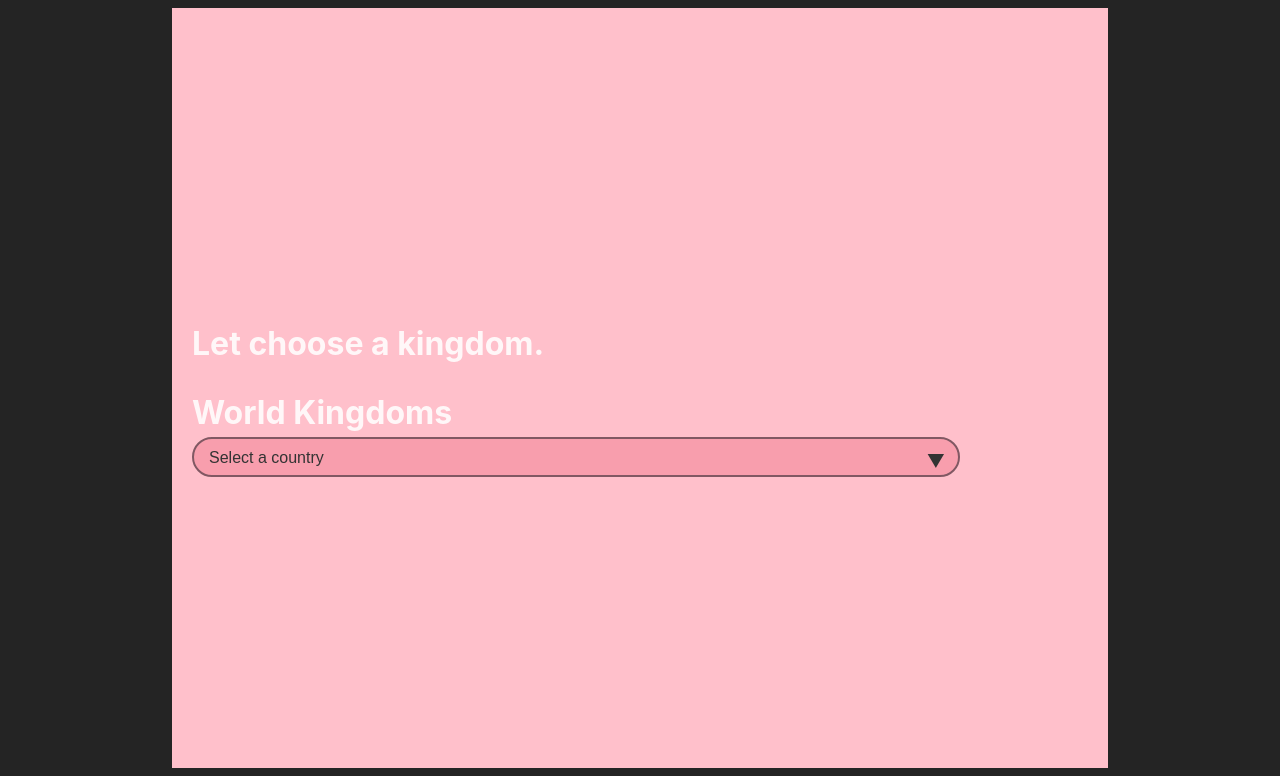
Repository: MonicaNguyenH/Lab-7_Frontend
Page: /countries
The author's editor kept a copy of each file at every save. The page is drawn from the files as they stood at one save, then again after the next save.
The browser window is 1280 px wide. The pictures show the whole page.
The page's requests for data from a server got no answer. The project was rebuilt for these pictures with package versions that can differ from the ones it lists, and the page was loaded fresh each time. No one was signed in, and anything a server would have sent is missing. Also part of the build but not shown: vite.config.js, src/Details.jsx.

Above is the page before, as saved 2024-11-23 18:49:47.

### src/main.jsx
import React from 'react';
import ReactDOM from 'react-dom/client';
import App from './App';
import './index.css'; // Import your global CSS styles

ReactDOM.createRoot(document.getElementById('root')).render(
  <React.StrictMode>
    <App />
  </React.StrictMode>
);

### src/App.jsx
import { BrowserRouter as Router, Routes, Route } from 'react-router-dom';
import Countries from './Contries';
import Details from './Details';

export default function App() {
  return (
    <div className="container">
      <Router>
      <Routes>
        <Route
          path="/"
          element={
            <div className="contentBox">
              <h1>Welcome!</h1>
              <Countries />
            </div>
          }
        />
        <Route
          path="/countries"
          element={
            <div className="contentBox">
              <h1>Let choose a kingdom.</h1>
              <Countries />
            </div>
          }
        />
        <Route path="countries/:cca2" element={<Details />} />
      </Routes>
    </Router>
  </div>
  );
}

### src/index.css
:root {
  font-family: Inter, system-ui, Avenir, Helvetica, Arial, sans-serif;
  line-height: 1.5;
  font-weight: 400;

  color-scheme: light dark;
  color: rgba(255, 255, 255, 0.87);
  background-color: #242424;

  font-synthesis: none;
  text-rendering: optimizeLegibility;
  -webkit-font-smoothing: antialiased;
  -moz-osx-font-smoothing: grayscale;
}

h1 {
  margin-bottom: 0;
  padding-bottom: 0;
}

.contentBox {
  display: flex;
  flex-direction: column;
  align-content: flex-start;
  align-items: flex-start;
  justify-content: center;
  position: absolute;
  top: 20
}

.container {
  width: 70vw;
  min-height: 100vh;
  margin: auto;
  background-color: pink;
  display: flex;
  justify-content: center;
  flex-direction: column;
  align-content: flex-start;
  align-items: flex-start;
  align-self: start;
  padding: 20px;
}

.box,
.info {
  display: flex;
  justify-content: center;
  flex-direction: column;
  position: relative; /* To position the custom arrow inside the select */
  width: 60vw; /* Matches the width of the select */
  margin: auto;
  align-content: flex-start;
  align-items: flex-start;
  align-self: start;
}

select {
  appearance: none; /* Remove default dropdown arrow */
  -webkit-appearance: none; /* Safari support */
  -moz-appearance: none; /* Firefox support */
  background-color: rgb(248, 158, 173); /* Background color */
  border: 2px solid #815863; /* Border color */
  border-radius: 20px; /* Rounded corners */
  padding: 5px; /* Padding inside the dropdown */
  font-size: 16px; /* Font size */
  color: #333; /* Font color */
  width: 60vw; /* Width of the dropdown */
  height: 40px;
  cursor: pointer; /* Change cursor to pointer */
  margin: auto;
  align-items: center;
  padding-left: 15px;
}

.box::after {
  content: "▼"; /* Custom dropdown arrow */
  position: absolute;
  right: 15px; /* Position arrow to the right */
  top: 85%; /* Center vertically */
  transform: translateY(-50%); /* Adjust for perfect centering */
  pointer-events: none; /* Make sure the arrow does not block clicks */
  color: #333; /* Arrow color */
  font-size: 18px; /* Adjust arrow size */
}

select:focus {
  outline: none; /* Remove default focus outline */
  border-color: #b03866; /* Focus border color */
  box-shadow: 0 0 5px rgba(0, 123, 255, 0.5); /* Optional focus shadow */
}

option {
  font-size: 16px;
}

### src/Contries.jsx
import { useState, useEffect } from "react";
import { useNavigate, Outlet } from "react-router-dom";

export default function Countries() {
  const [countries, setCountries] = useState([]);
  const [selectedCountry, setSelectedCountry] = useState("");
  const navigate = useNavigate();

  useEffect(() => {
    fetch("https://restcountries.com/v3.1/name/kingdom")
      .then((response) => {
        if (!response.ok) {
          throw new Error("Network response was not ok");
        }
        return response.json();
      })
      .then((data) => setCountries(data))
      .catch((error) => console.error("Error fetching countries:", error));
  }, []);

  const handleCountrySelect = (e) => {
    const value = e.target.value;

    // Handle navigation based on selection
    if (value === "") {
      navigate("/countries"); // Navigate to /countries page
    } else {
      const selected = countries.find((country) => country.cca2 === value);
      if (selected) {
        setSelectedCountry(selected);
        navigate(`/countries/${selected.cca2}`, { state: { data: selected } });
      }
    }
  };

  return (
    <div className="box">
      <h1 className="title">World Kingdoms</h1>
      <select onChange={handleCountrySelect} value={selectedCountry?.cca2 || ""}>
        {/* Default option to navigate to /countries */}
        <option value="">Select a country</option>
        {/* Dynamically populate dropdown with country data */}
        {countries.map((country) => (
          <option key={country.cca2} value={country.cca2}>
            {country.name.common}
          </option>
        ))}
      </select>
      <Outlet />
    </div>
  );
}

Loaded but not shown: index.html (common file)

After the next save:
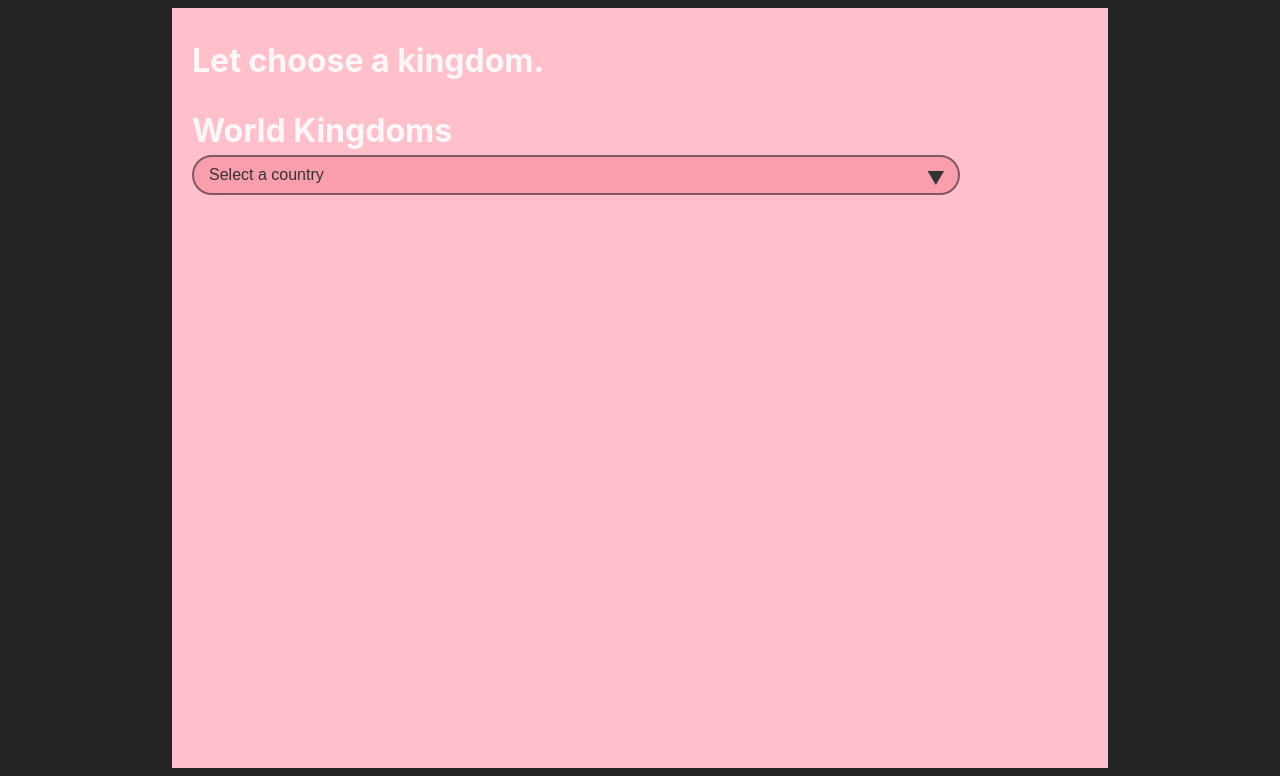
Saved 6 s later.
--- a/src/index.css
+++ b/src/index.css
@@ -25,7 +25,7 @@ h1 {
   align-items: flex-start;
   justify-content: center;
   position: absolute;
-  top: 20
+  top: 1rem;
 }
 
 .container {
